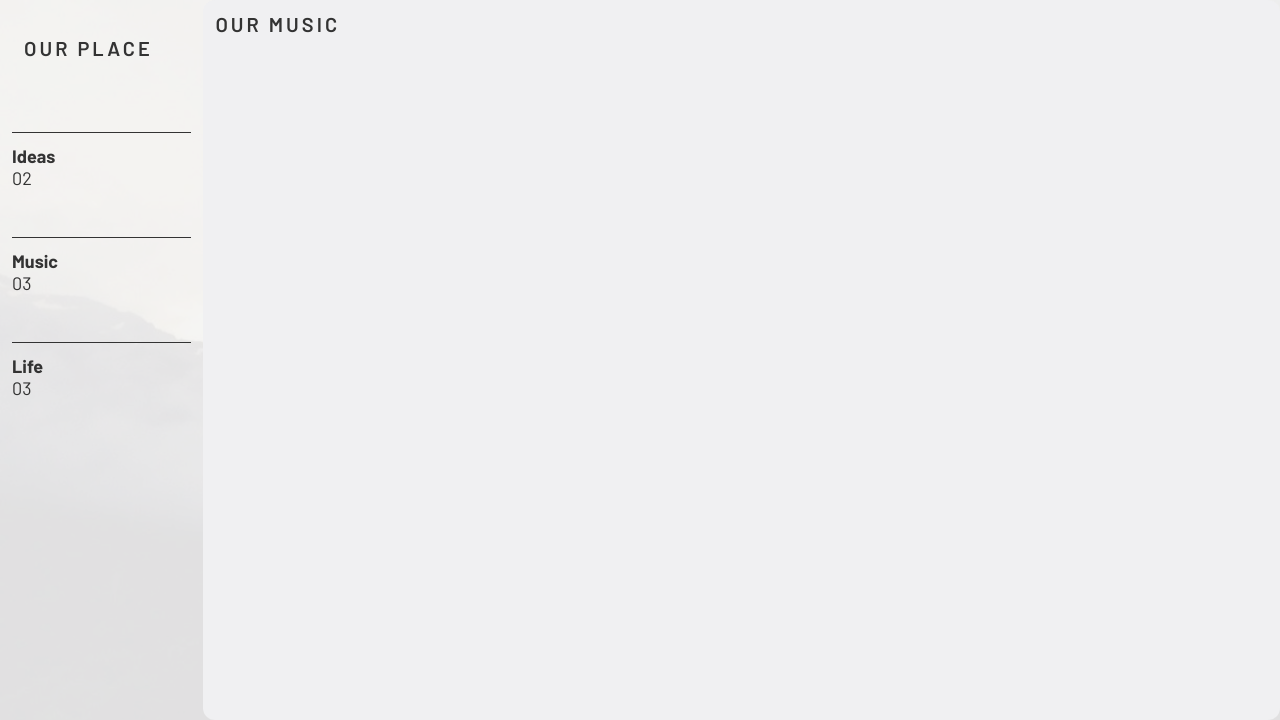
Repository: meghan-kradolfer/our-space-v1
Page: /music
These files come from the project's save history. The page is drawn as it stood at one moment and after the next save; the edit follows.
The browser window is 1280 px wide. The pictures show the whole page.
The project was rebuilt for these pictures with package versions that can differ from the ones it lists, and the page was loaded fresh each time. Also part of the build but not shown: src/containers/home/index.js, src/components/footer.js.

Above is the page before, as saved 2017-11-17 20:12:14.

After the next save:
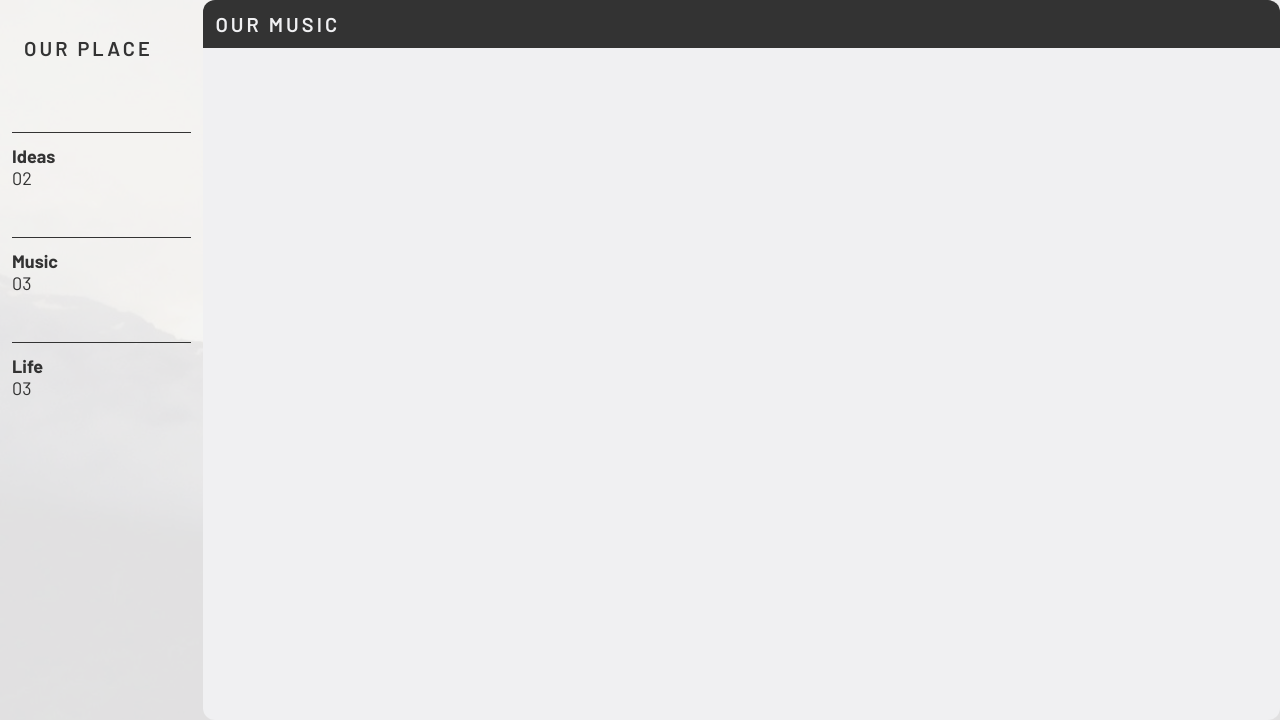
Saved 11 s later.
--- a/src/containers/music/index.js
+++ b/src/containers/music/index.js
@@ -2,7 +2,7 @@ import React from 'react'
 
 const Music = () => (
   <div className="music">
-   <h1>Our Music</h1>
+   <h2>Our Music</h2>
   </div>
 );
 
